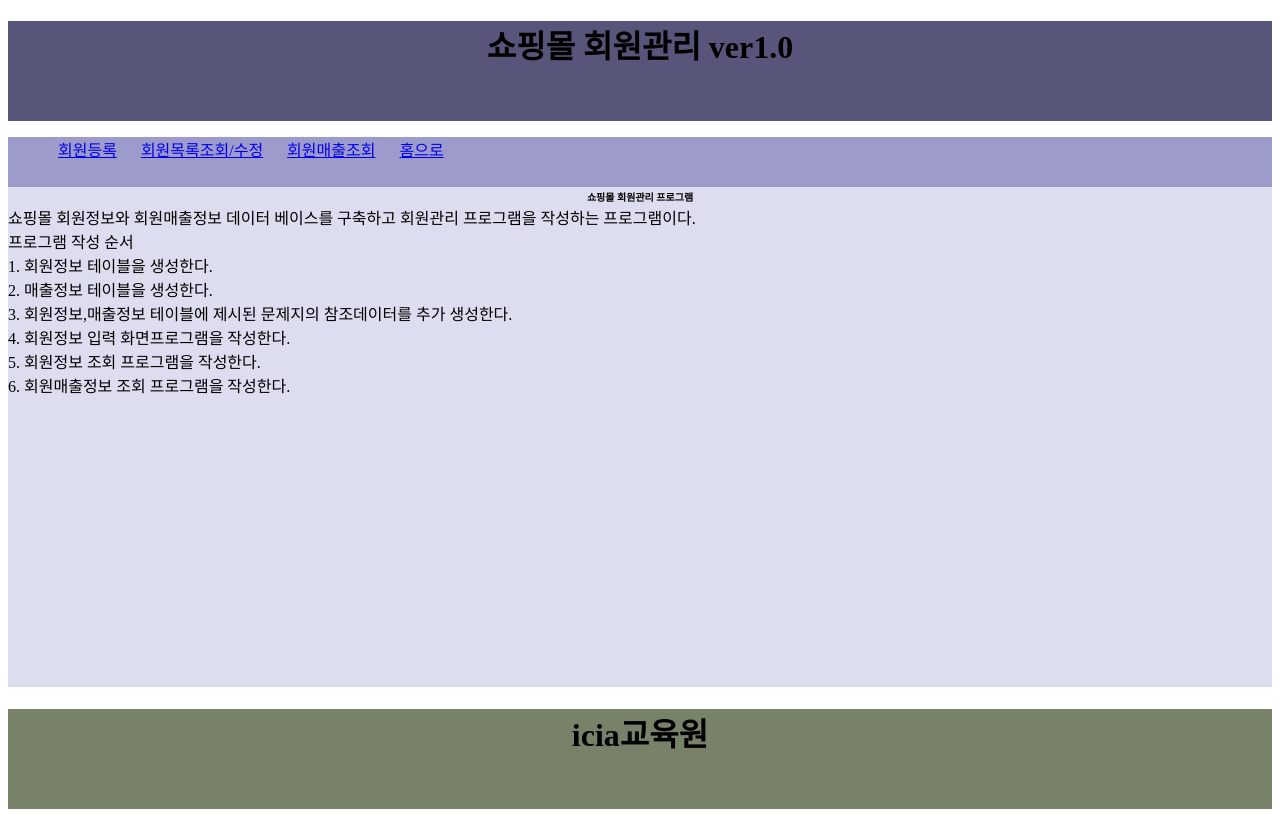
Repository: Kim-seongjun/javastudy2
Page: http://localhost/back_end_test/
These files come from the project's save history. The page is drawn as it stood at one moment and after the next save; the edit follows.
The browser window is 1280 px wide. The pictures show the whole page.
The page is served by Tomcat 9.

Above is the page before, as saved 2020-01-22 07:18:03.

After the next save:
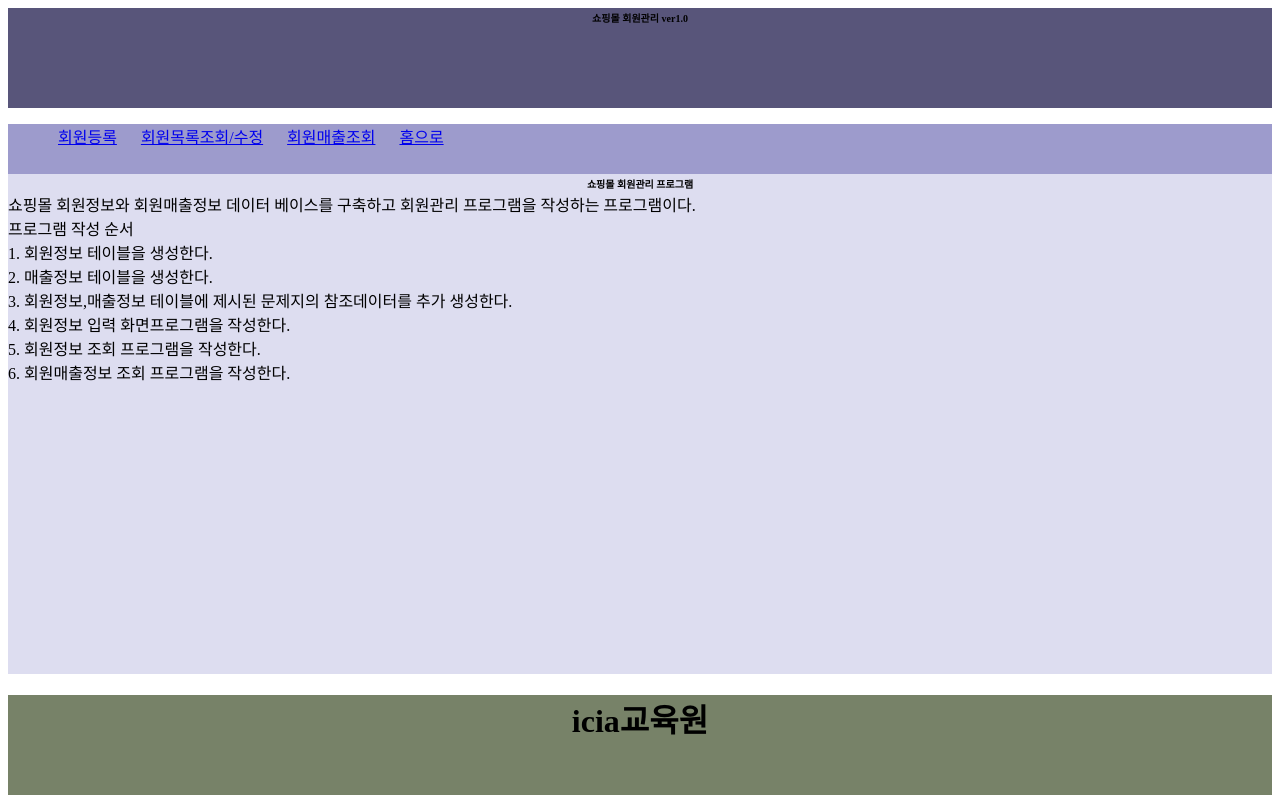
Saved 25 s later.
--- a/back_end_test/WebContent/header.jsp
+++ b/back_end_test/WebContent/header.jsp
@@ -9,6 +9,6 @@
 </style>
 </head>
 <body>
-<h1>쇼핑몰 회원관리 ver1.0</h1>
+<div><b style="font-size: 10px;">쇼핑몰 회원관리 ver1.0</b></div>
 </body>
 </html>
